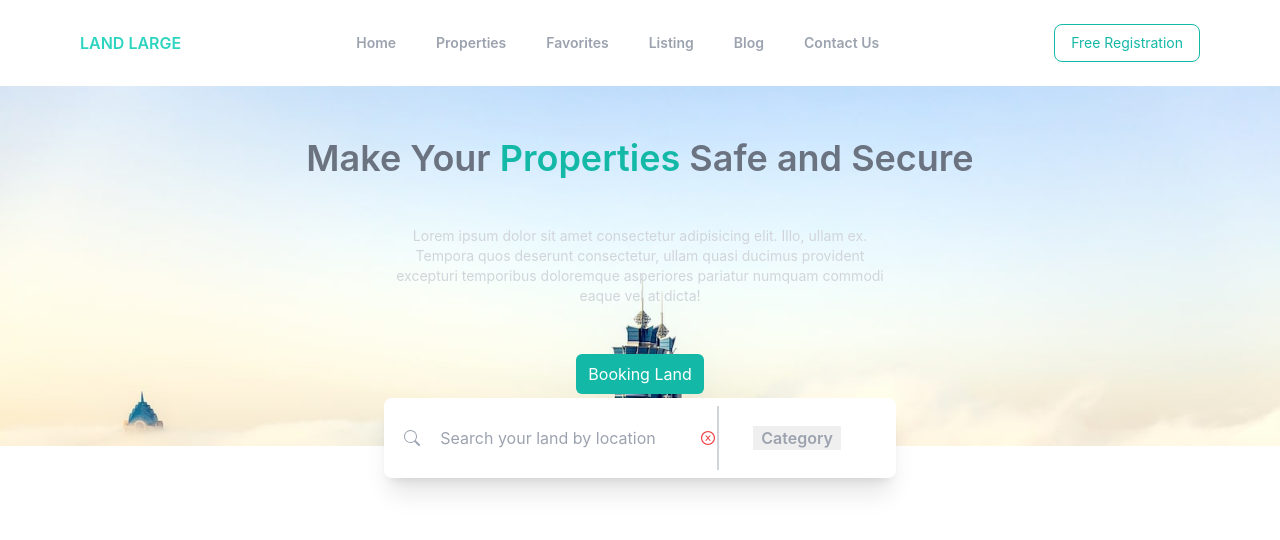
Repository: MuniruIssah/realestate
Page: /
The author's editor kept a copy of each file at every save. The page is drawn from the files as they stood at one save, then again after the next save.
The browser window is 1280 px wide. The pictures show the whole page.
The project was rebuilt for these pictures with package versions that can differ from the ones it lists, and the page was loaded fresh each time. Also part of the build but not shown: src/App.css.

Above is the page before, as saved 2022-02-19 23:05:10.

After the next save:
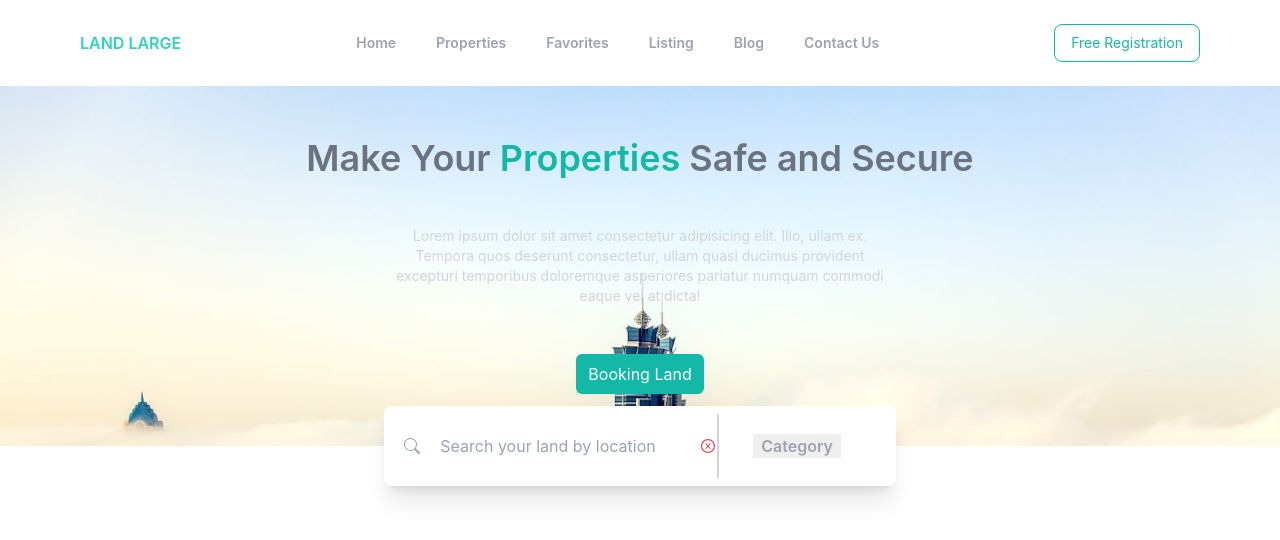
Saved 8 s later.
--- a/src/components/Search.js
+++ b/src/components/Search.js
@@ -4,7 +4,7 @@ import { AiOutlineCloseCircle } from "react-icons/ai";
 const Search = () => {
   return (
     <div className="hidden lg:block relative w-full bg-blue-600">
-      <div className="absolute h-20 w-full  -top-12">
+      <div className="absolute h-20 w-full  -top-10">
         <div className="flex shadow shadow-xl h-full w-2/5 rounded rounded-lg bg-white mx-auto px-5 py-2">
           <div className="basis-2/3 flex items-center justify-center border-r-2 border-gray-300 space-x-5 ">
             <BsSearch className="text-gray-400" />
